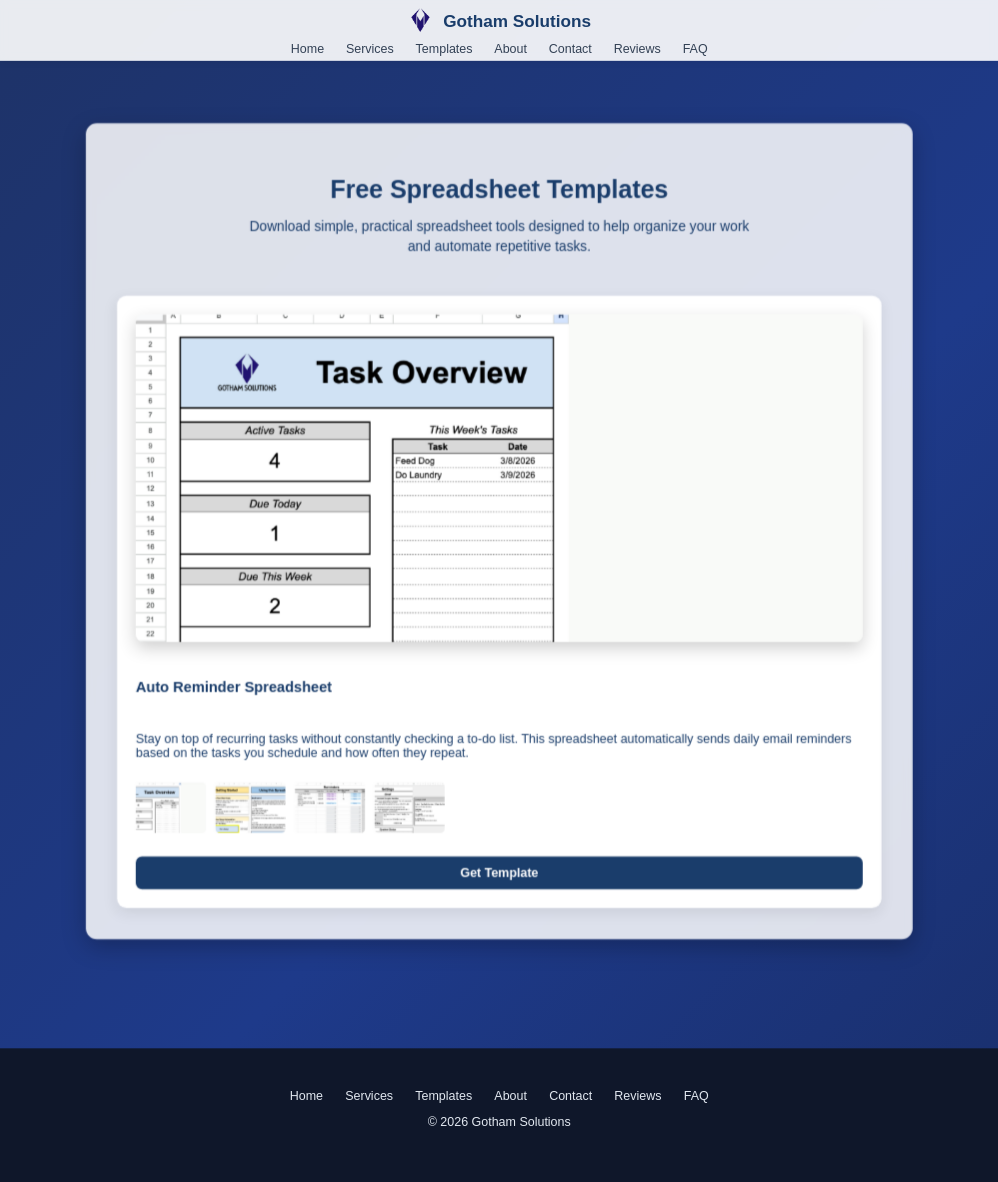
Repository: kmm569/gothamsolutions
Page: templates/index.html
The author's editor kept a copy of each file at every save. The page is drawn from the files as they stood at one save, then again after the next save.
The browser window is 1280 px wide. The pictures show the whole page, at 78% of full size.

Above is the page before, as saved 2026-03-13 14:45:49.

After the next save:
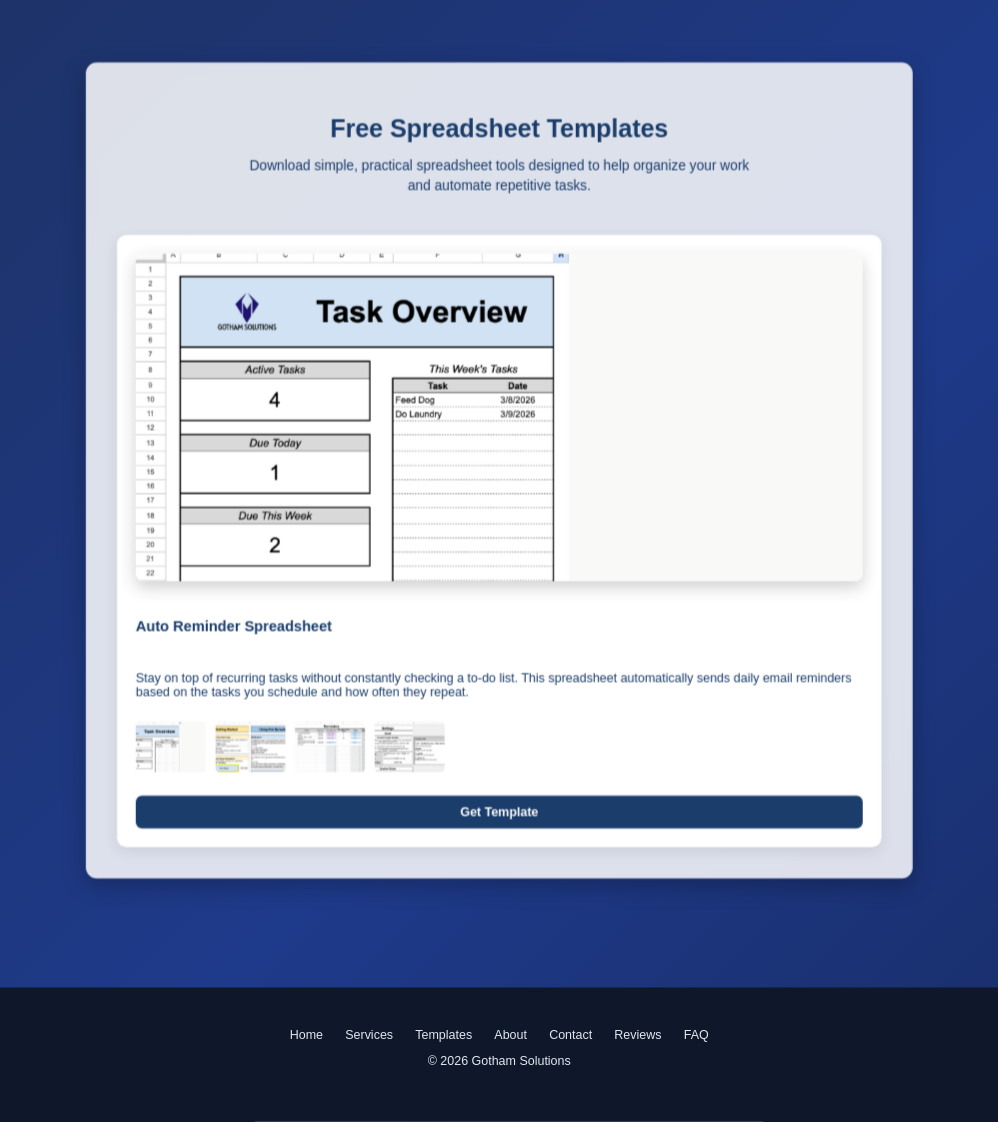
Saved 36 s later.
--- a/templates/index.html
+++ b/templates/index.html
@@ -27,26 +27,7 @@
 </head>
 
 	<body>
-		<header>
-			<div class="logo-container">
-				<a href="/">
-	<img src="../LogoSolo.png" alt="Gotham Solutions Logo" class="logo" />
-</a>
-				<h1>Gotham Solutions</h1>
-			</div>
-
-			<nav>
-				<ul>
-					<li><a href="/" class="nav-link">Home</a></li>
-					<li><a href="/services/" class="nav-link">Services</a></li>
-					<li><a href="/templates/" class="nav-link">Templates</a></li>
-					<li><a href="/about/" class="nav-link">About</a></li>
-					<li><a href="/contact/" class="nav-link">Contact</a></li>
-					<li><a href="/reviews/" class="nav-link">Reviews</a></li>
-					<li><a href="/faq/" class="nav-link">FAQ</a></li>
-				</ul>
-			</nav>
-		</header>
+		<div id="site-header"></div>
 
 		<main>
 			<div class="content-wrapper">
